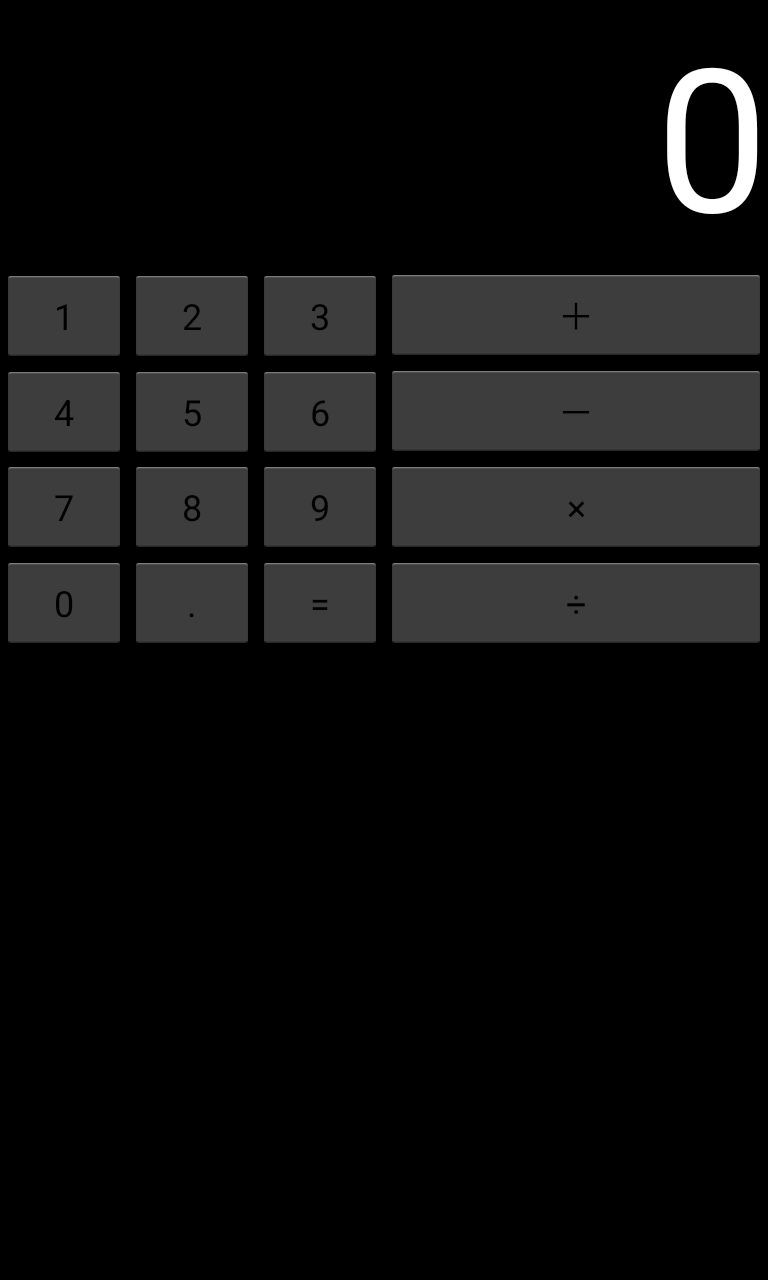
Repository: moetmd/learning-Android
Layout: Calculator/res/layout/activity_main.xml
These files come from the project's save history. The layout is drawn as it stood at one moment and after the next save; the edit follows.
It is drawn on a 768 x 1280 px phone screen (xhdpi) without system bars, with theme AppTheme; the app's code is not run.

Above is the layout before, as saved 2014-11-19 13:08:58.

### Calculator/res/layout/activity_main.xml
<FrameLayout xmlns:android="http://schemas.android.com/apk/res/android"
    xmlns:tools="http://schemas.android.com/tools"
    android:id="@+id/container"
    android:background="#000"
    android:layout_width="match_parent"
    android:layout_height="match_parent"
    tools:context="com.niit.calculator.MainActivity"
    tools:ignore="MergeRootFrame" >

    <LinearLayout
        android:layout_width="match_parent"
        android:layout_height="match_parent"
        android:orientation="vertical" >


        <!-- 屏幕    独占一行 -->

        <TextView
            android:id="@+id/textView1"
            android:layout_width="match_parent"
            android:layout_height="wrap_content"
            android:gravity="right"
            android:text="0"
            android:textAppearance="?android:attr/textAppearanceLarge"
            android:textColor="#FFF"
            android:textSize="100sp" />

        <!-- 第一行数字键 -->

        <LinearLayout
            android:layout_width="match_parent"
            android:layout_height="wrap_content" >

            <Button
                android:id="@+id/b_1"
                android:layout_width="wrap_content"
                android:layout_height="wrap_content"
                android:text="1" />

            <Button
                android:id="@+id/b_2"
                android:layout_width="wrap_content"
                android:layout_height="wrap_content"
                android:text="2" />

            <Button
                android:id="@+id/b_3"
                android:layout_width="wrap_content"
                android:layout_height="wrap_content"
                android:text="3" />

            <Button
                android:id="@+id/b_plus"
                android:layout_width="match_parent"
                android:layout_height="wrap_content"
                android:text="＋" />

        </LinearLayout>

        <!-- 第一行数字键结束 -->

       	<!-- 第二行数字键 -->
        <LinearLayout
            android:layout_width="match_parent"
            android:layout_height="wrap_content" >
            <Button
                android:id="@+id/b_4"
                android:layout_width="wrap_content"
                android:layout_height="wrap_content"
                android:text="4" />

            <Button
                android:id="@+id/b_5"
                android:layout_width="wrap_content"
                android:layout_height="wrap_content"
                android:text="5" />

            <Button
                android:id="@+id/b_6"
                android:layout_width="wrap_content"
                android:layout_height="wrap_content"
                android:text="6" />

            <Button
                android:id="@+id/b_minus"
                android:layout_width="match_parent"
                android:layout_height="wrap_content"
                android:text="－" />
        </LinearLayout>
        <!-- 第二行数字键结束 -->

        <!-- 第三行数字键 -->
        <LinearLayout
            android:layout_width="match_parent"
            android:layout_height="wrap_content" >
            <Button
                android:id="@+id/b_7"
                android:layout_width="wrap_content"
                android:layout_height="wrap_content"
                android:text="7" />

            <Button
                android:id="@+id/b_8"
                android:layout_width="wrap_content"
                android:layout_height="wrap_content"
                android:text="8" />

            <Button
                android:id="@+id/b_9"
                android:layout_width="wrap_content"
                android:layout_height="wrap_content"
                android:text="9" />

            <Button
                android:id="@+id/b_times"
                android:layout_width="match_parent"
                android:layout_height="wrap_content"
                android:text="×" />
        </LinearLayout>
        <!-- 第三行数字键结束 -->

        <!-- 第四行数字键 -->

        <LinearLayout
            android:layout_width="match_parent"
            android:layout_height="wrap_content" >

            <Button
                android:id="@+id/b_0"
                android:layout_width="wrap_content"
                android:layout_height="wrap_content"
                android:text="0" />

            <Button
                android:id="@+id/b_dot"
                android:layout_width="wrap_content"
                android:layout_height="wrap_content"
                android:text="." />

            <Button
                android:id="@+id/b_eq"
                android:layout_width="wrap_content"
                android:layout_height="wrap_content"
                android:text="=" />

            <Button
                android:id="@+id/b_div"
                android:layout_width="match_parent"
                android:layout_height="wrap_content"
                android:text="÷" />
        </LinearLayout>

        <!-- 第四行数字键结束 -->

    </LinearLayout>

</FrameLayout>

Loaded but not shown: Calculator/res/values/styles.xml (common file); Calculator/res/values-v11/styles.xml (common file); Calculator/res/values-v14/styles.xml (common file)

After the next save:
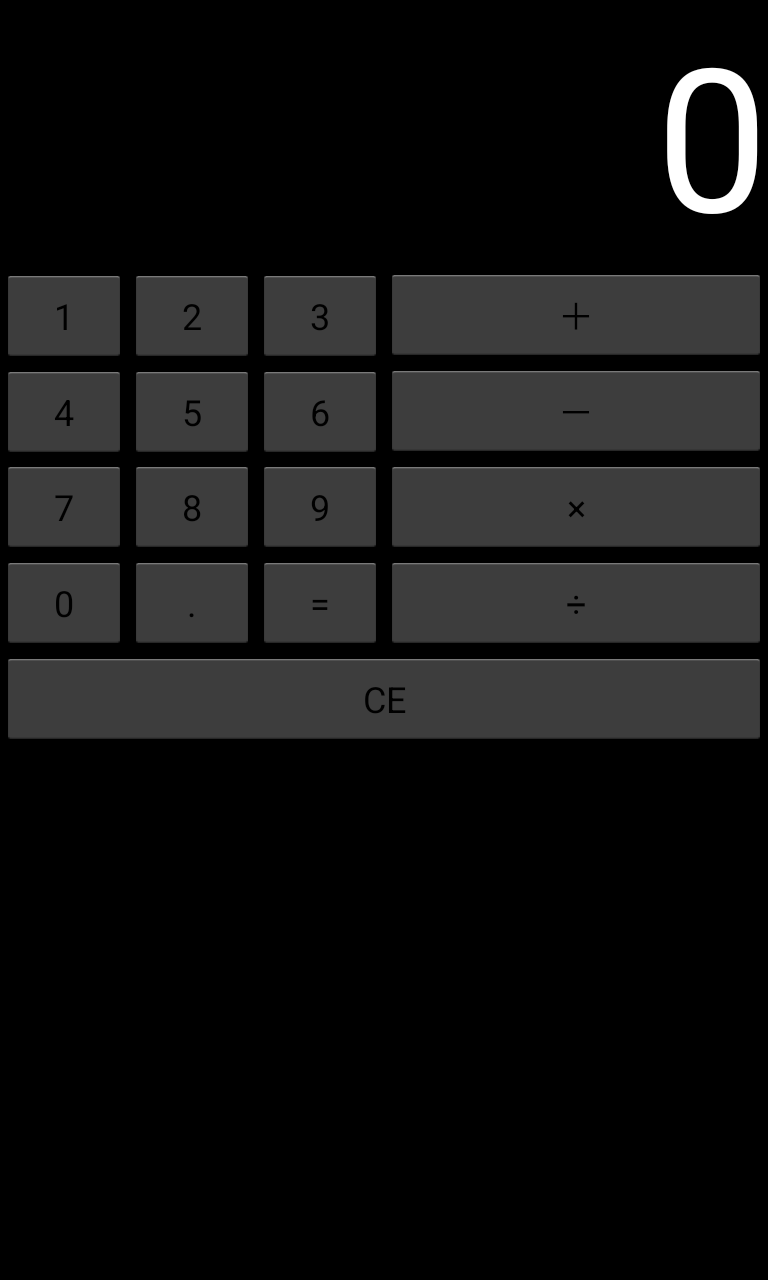
Saved 97 s later.
--- a/Calculator/res/layout/activity_main.xml
+++ b/Calculator/res/layout/activity_main.xml
@@ -152,6 +152,12 @@
 
         <!-- 第四行数字键结束 -->
 
+        <Button
+            android:id="@+id/b_ce"
+            android:layout_width="match_parent"
+            android:layout_height="wrap_content"
+            android:text="CE" />
+
     </LinearLayout>
 
 </FrameLayout>
